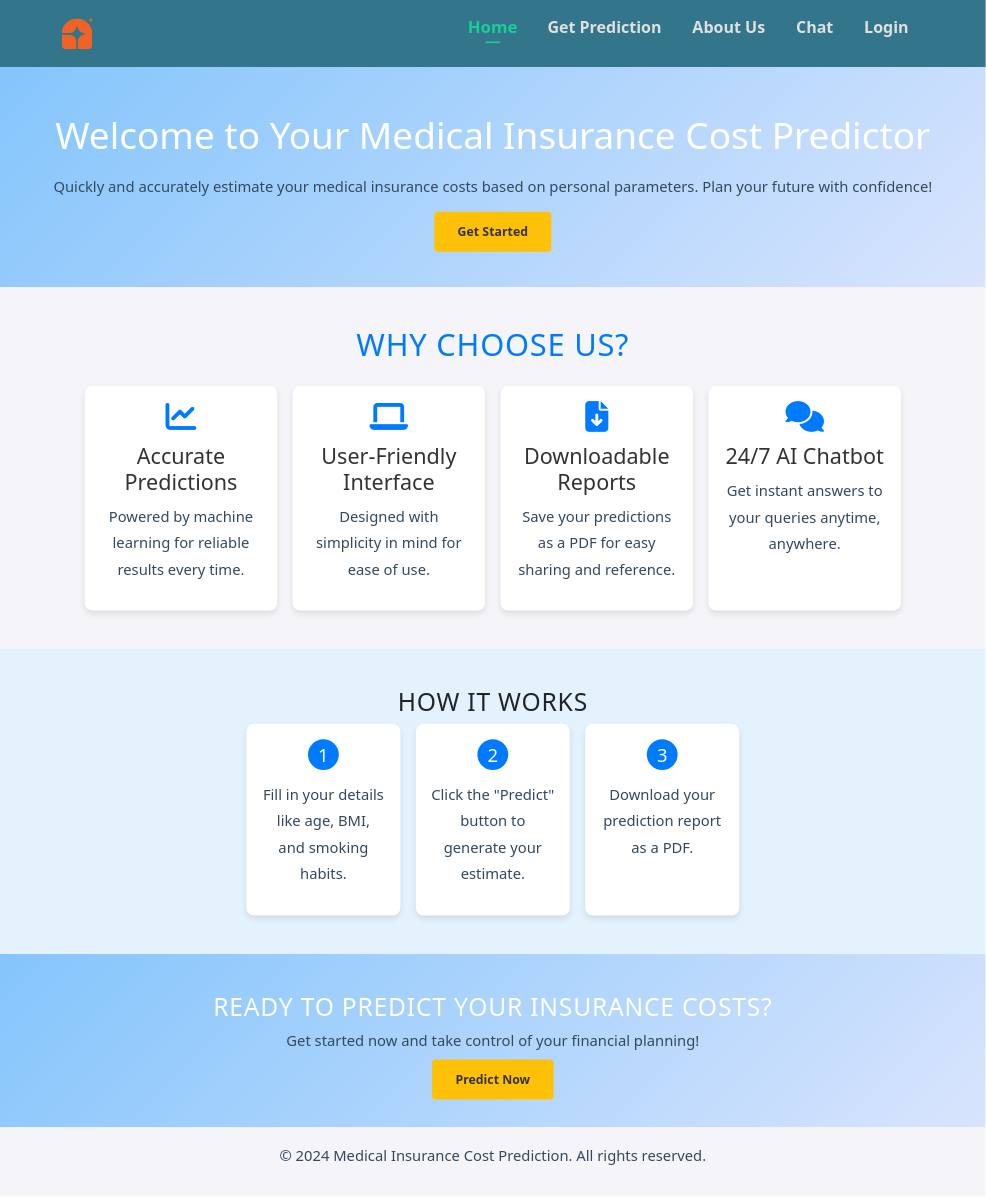
Repository: aabhashbasnet/MedicalInsuranceCostPredictionSystem
Page: / (app in frontend/)
These files come from the project's save history. The page is drawn as it stood at one moment and after the next save; the edit follows.
The browser window is 1280 px wide. The pictures show the whole page, at 77% of full size.
The project was rebuilt for these pictures with package versions that can differ from the ones it lists, and the page was loaded fresh each time. Also part of the build but not shown: frontend/src/pages/GetPrediction.css, frontend/src/pages/GetPrediction.js, frontend/src/pages/AboutUs.js, frontend/src/pages/Login.js, frontend/src/pages/Signup.js, frontend/src/pages/DetailsPage.css, frontend/src/pages/DetailsPage.js.

Above is the page before, as saved 2025-01-22 19:42:56.

### frontend/public/index.html
<!DOCTYPE html>
<html lang="en">
  <head>
    <meta charset="utf-8" />
    <link rel="icon" href="%PUBLIC_URL%/favicon.ico" />
    <meta name="viewport" content="width=device-width, initial-scale=1" />
    <meta name="theme-color" content="#000000" />
    <meta
      name="description"
      content="Web site created using create-react-app"
    />
    <link rel="apple-touch-icon" href="%PUBLIC_URL%/logo192.png" />
    <!--
      manifest.json provides metadata used when your web app is installed on a
      user's mobile device or desktop. See https://developers.google.com/web/fundamentals/web-app-manifest/
    -->
    <link rel="manifest" href="%PUBLIC_URL%/manifest.json" />
    <!--
      Notice the use of %PUBLIC_URL% in the tags above.
      It will be replaced with the URL of the `public` folder during the build.
      Only files inside the `public` folder can be referenced from the HTML.

      Unlike "/favicon.ico" or "favicon.ico", "%PUBLIC_URL%/favicon.ico" will
      work correctly both with client-side routing and a non-root public URL.
      Learn how to configure a non-root public URL by running `npm run build`.
    -->
    <title>React App</title>
    <link
      rel="stylesheet"
      href="https://cdnjs.cloudflare.com/ajax/libs/font-awesome/6.7.1/css/all.min.css"
      integrity="sha512-5Hs3dF2AEPkpNAR7UiOHba+lRSJNeM2ECkwxUIxC1Q/FLycGTbNapWXB4tP889k5T5Ju8fs4b1P5z/iB4nMfSQ=="
      crossorigin="anonymous"
      referrerpolicy="no-referrer"
    />
  </head>
  <body>
    <noscript>You need to enable JavaScript to run this app.</noscript>
    <div id="root"></div>
    <!--
      This HTML file is a template.
      If you open it directly in the browser, you will see an empty page.

      You can add webfonts, meta tags, or analytics to this file.
      The build step will place the bundled scripts into the <body> tag.

      To begin the development, run `npm start` or `yarn start`.
      To create a production bundle, use `npm run build` or `yarn build`.
    -->
  </body>
</html>

### frontend/src/index.css
*{
  margin: 0;
  padding: 0;
  box-sizing: border-box;
}
body {
  font-family: -apple-system, BlinkMacSystemFont, 'Segoe UI', 'Roboto', 'Oxygen',
    'Ubuntu', 'Cantarell', 'Fira Sans', 'Droid Sans', 'Helvetica Neue',
    sans-serif;
  -webkit-font-smoothing: antialiased;
  -moz-osx-font-smoothing: grayscale;
}

code {
  font-family: source-code-pro, Menlo, Monaco, Consolas, 'Courier New',
    monospace;
}

### frontend/src/App.js
import React from "react";
import { BrowserRouter as Router, Route, Routes } from "react-router-dom";
import Navbar from "./components/Navbar";
import Home from "./pages/Home";
import GetPrediction from "./pages/GetPrediction";
import AboutUs from "./pages/AboutUs";
import Login from "./pages/Login";
import Signup from "./pages/Signup";
import DetailsPage from "./pages/DetailsPage"; // Import the details page component


function App() {
  return (
    <Router>
      <Navbar />
      <Routes>
        <Route path="/" element={<Home />} />
        <Route path="/get-prediction" element={<GetPrediction />} />
        <Route path="/about-us" element={<AboutUs />} />
        <Route path="/login" element={<Login />} />
        <Route path="/signup" element={<Signup />} />

        <Route path="/details" element={<DetailsPage />} /> {/* Route for the details page */}
      </Routes>
    </Router>
  );
}

export default App;

### frontend/src/components/Navbar.js
import { Component } from "react";
import { NavLink } from "react-router-dom";  // Ensure NavLink is imported correctly
import logo from './logo.svg';
import './NavbarStyles.css';

class Navbar extends Component {
    state = { clicked: false };

    handleClick = () => {
        this.setState({ clicked: !this.state.clicked });
    };

    render() {
        return (
            <>
                <nav>
                    {/* Use NavLink for the logo */}
                    <NavLink to="/" exact>
                        <img src={logo} alt="Logo" />
                    </NavLink>

                    <div>
                        <ul id="navbar" className={this.state.clicked ? "#navbar active" : "#navbar"}>
                            <li>
                                <NavLink
                                    exact
                                    to="/"
                                    activeClassName="active"
                                    className="nav-link"
                                >
                                    Home
                                </NavLink>
                            </li>
                            <li>
                                <NavLink
                                    to="/get-prediction"
                                    activeClassName="active"
                                    className="nav-link"
                                >
                                    Get Prediction
                                </NavLink>
                            </li>
                            <li>
                                <NavLink
                                    to="/about-us"
                                    activeClassName="active"
                                    className="nav-link"
                                >
                                    About Us
                                </NavLink>
                            </li>
                            <li>
                                <NavLink
                                    to="/chat-with-us"
                                    activeClassName="active"
                                    className="nav-link"
                                >
                                    Chat
                                </NavLink>
                            </li>
                            <li>
                                <NavLink
                                    to="/login"
                                    activeClassName="active"
                                    className="nav-link"
                                >
                                    Login
                                </NavLink>
                            </li>
                        </ul>
                    </div>

                    <div id="mobile" onClick={this.handleClick}>
                        <i id="bar" className={this.state.clicked ? 'fas fa-times' : 'fas fa-bars'}></i>
                    </div>
                </nav>
            </>
        );
    }
}

export default Navbar;

### frontend/src/pages/Home.js
import React from "react";
import "./Home.css"; // Ensure this file is created and styled

function Home() {
    return (
        <div className="home-container">
            {/* Hero Section */}
            <section className="hero-section">
                <div className="hero-content">
                    <h1>Welcome to Your Medical Insurance Cost Predictor</h1>
                    <p>
                        Quickly and accurately estimate your medical insurance costs
                        based on personal parameters. Plan your future with confidence!
                    </p>
                    <a href="/get-prediction" className="btn-primary">
                        Get Started
                    </a>
                </div>
            </section>

            {/* Features Section */}
            <section className="features-section">
                <h2>Why Choose Us?</h2>
                <div className="features-container">
                    <div className="feature-card">
                        <i className="fas fa-chart-line feature-icon"></i>
                        <h3>Accurate Predictions</h3>
                        <p>Powered by machine learning for reliable results every time.</p>
                    </div>
                    <div className="feature-card">
                        <i className="fas fa-laptop feature-icon"></i>
                        <h3>User-Friendly Interface</h3>
                        <p>Designed with simplicity in mind for ease of use.</p>
                    </div>
                    <div className="feature-card">
                        <i className="fas fa-file-download feature-icon"></i>
                        <h3>Downloadable Reports</h3>
                        <p>Save your predictions as a PDF for easy sharing and reference.</p>
                    </div>
                    <div className="feature-card">
                        <i className="fas fa-comments feature-icon"></i>
                        <h3>24/7 AI Chatbot</h3>
                        <p>Get instant answers to your queries anytime, anywhere.</p>
                    </div>
                </div>
            </section>

            {/* Steps Section */}
            <section className="steps-section">
                <h2>How It Works</h2>
                <div className="steps-container">
                    <div className="step">
                        <span className="step-number">1</span>
                        <p>Fill in your details like age, BMI, and smoking habits.</p>
                    </div>
                    <div className="step">
                        <span className="step-number">2</span>
                        <p>Click the "Predict" button to generate your estimate.</p>
                    </div>
                    <div className="step">
                        <span className="step-number">3</span>
                        <p>Download your prediction report as a PDF.</p>
                    </div>
                </div>
            </section>

            {/* Call-to-Action */}
            <section className="cta-section">
                <h2>Ready to Predict Your Insurance Costs?</h2>
                <p>Get started now and take control of your financial planning!</p>
                <a href="/get-prediction" className="btn-primary">
                    Predict Now
                </a>
            </section>

            {/* Footer */}
            <footer className="home-footer">
                <p>&copy; 2024 Medical Insurance Cost Prediction. All rights reserved.</p>
            </footer>
        </div>
    );
}

export default Home;

### frontend/src/components/NavbarStyles.css
nav {
    display: flex;
    align-items: center;
    justify-content: space-between;
    background-color: #33758a; /* Soft blackish tone */
    padding: 20px 80px;
    box-shadow: 0px 5px 15px rgba(0, 0, 0, 0.1); /* Subtle shadow */
}

#navbar {
    display: flex;
    align-items: center;
    justify-content: center;
}

#navbar li {
    list-style: none;
    padding: 0 20px;
    position: relative;
}

#navbar li a {
    text-decoration: none;
    font-size: 1.3rem;
    font-weight: 600;
    color: #e0e0e0; /* Light gray text */
    transition: color 0.3s ease-in-out, transform 0.2s ease-in-out;
}

#navbar li a:hover,
#navbar li a.active {
    color: #17cf97; /* Vibrant green */
    transform: scale(1.05); /* Slight zoom on hover */
}

#navbar li a:hover::after,
#navbar li a.active::after {
    content: "";
    width: 30%;
    height: 2px;
    background-color: #17cf97; /* Vibrant green */
    position: absolute;
    bottom: -4px;
    left: 35%; /* Centered underline */
    transition: width 0.3s ease-in-out;
}

#mobile i {
    color: #e0e0e0; /* Light gray */
}

#mobile {
    display: none;
}

/* Responsive Navigation */
@media screen and (max-width: 769px) {
    #navbar {
        display: flex;
        flex-direction: column;
        align-items: flex-start;
        justify-content: flex-start;
        position: fixed;
        top: 84px;
        right: -300px;
        width: 300px;
        height: 100vh;
        background-color: #3a3a3a; /* Darker gray */
        box-shadow: 0 40px 60px rgba(0, 0, 0, 0.1); /* Subtle shadow */
        padding: 40px 10px 0 20px;
        transition: right 0.3s ease-in-out;
    }

    #navbar.active {
        right: 0px;
    }

    #navbar li {
        margin-bottom: 25px;
    }

    #mobile i {
        font-size: 24px;
        cursor: pointer;
    }

    #mobile {
        display: block;
    }
}

### frontend/src/pages/Home.css
/* HomeStyles.css */
body {
    margin: 0;
    font-family: 'Arial', sans-serif;
    color: #333;
}

.home-container {
    width: 100%;
    margin: 0 auto;
    overflow: hidden;
}

/* Hero Section */
.hero-section {
    background: linear-gradient(135deg, #84c5fc, #d9e4fd);
    color: white;
    padding: 60px 20px;
    text-align: center;
}

.hero-section h1 {
    font-size: 3rem;
    margin-bottom: 20px;
}

.hero-section p {
    font-size: 1.2rem;
    margin-bottom: 30px;
}

.btn-primary {
    background-color: #ffc107;
    color: #333;
    padding: 15px 30px;
    border-radius: 5px;
    text-decoration: none;
    font-weight: bold;
    transition: background-color 0.3s;
}

.btn-primary:hover {
    background-color: #ff9800;
}

/* Features Section */
.features-section {
    background-color: #f4f4f9;
    padding: 50px 20px;
    text-align: center;
}

.features-section h2 {
    margin-bottom: 30px;
    font-size: 2.5rem;
    color: #007bff;
}

.features-container {
    display: flex;
    flex-wrap: wrap;
    gap: 20px;
    justify-content: center;
}

.feature-card {
    background: white;
    border-radius: 10px;
    box-shadow: 0 4px 8px rgba(0, 0, 0, 0.1);
    padding: 20px;
    width: 250px;
    text-align: center;
}

.feature-icon {
    font-size: 2.5rem;
    color: #007bff;
    margin-bottom: 15px;
}

.feature-card h3 {
    margin-bottom: 10px;
    color: #333;
}

/* Steps Section */
.steps-section {
    padding: 50px 20px;
    text-align: center;
    background: #e3f2fd;
}

.steps-container {
    display: flex;
    justify-content: center;
    gap: 20px;
}

.step {
    background: white;
    border-radius: 10px;
    box-shadow: 0 4px 8px rgba(0, 0, 0, 0.1);
    padding: 20px;
    width: 200px;
}

.step-number {
    display: inline-block;
    width: 40px;
    height: 40px;
    line-height: 40px;
    background: #007bff;
    color: white;
    font-size: 1.5rem;
    border-radius: 50%;
    margin-bottom: 15px;
}

/* Call-to-Action */
.cta-section {
    background: linear-gradient(135deg, #84c5fc, #d9e4fd); /* Light blue gradient */
    color: white;
    text-align: center;
    padding: 50px 20px;
}

.cta-section p {
    margin-bottom: 20px;
}

.cta-section .btn-primary {
    background-color: #ffc107;
    color: #333;
}

/* Footer */
.home-footer {
    text-align: center;
    padding: 20px;
    background: #f4f4f9;
    color: #666;
    font-size: 0.9rem;
}

### frontend/src/pages/AboutUs.css
.about-us-container {
    padding: 60px 20px;
    background: linear-gradient(135deg, #f9f9f9, #e4efff); /* Light gradient background */
    display: flex;
    flex-direction: column;
    align-items: center;
    box-shadow: 0 5px 15px rgba(0, 0, 0, 0.1);
    border-radius: 15px;
}

.about-header {
    text-align: center;
    margin-bottom: 50px;
}

.about-header h1 {
    font-size: 3rem;
    font-weight: bold;
    color: #2c3e50;
    text-transform: uppercase;
    letter-spacing: 2px;
    margin-bottom: 20px;
}

.about-header p {
    font-size: 1.3rem;
    color: #7f8c8d;
    line-height: 1.8;
    max-width: 800px;
    margin: 0 auto;
}

.about-content {
    width: 80%;
    max-width: 1200px;
    margin: 0 auto;
}

.about-section,
.team-section,
.contact-section {
    margin-bottom: 50px;
}

h2 {
    font-size: 2.5rem;
    color: #2980b9; /* Accent blue */
    margin-bottom: 20px;
    text-transform: uppercase;
    font-weight: 600;
    letter-spacing: 1px;
}

p {
    font-size: 1.2rem;
    color: #34495e;
    line-height: 1.8;
    margin-bottom: 30px;
}

.team-members {
    display: flex;
    justify-content: space-between;
    gap: 30px;
    flex-wrap: wrap;
}

.team-member {
    width: 30%;
    text-align: center;
    padding: 30px;
    background: #ffffff;
    border-radius: 15px;
    box-shadow: 0 10px 20px rgba(0, 0, 0, 0.1);
    transition: transform 0.3s ease, box-shadow 0.3s ease;
}

.team-member:hover {
    transform: translateY(-10px);
    box-shadow: 0 20px 30px rgba(0, 0, 0, 0.15);
}

.team-member img {
    width: 180px;
    height: 180px;
    border-radius: 50%;
    object-fit: cover;
    margin-bottom: 20px;
    border: 5px solid #2980b9; /* Accent border */
    transition: transform 0.3s ease;
}

.team-member img:hover {
    transform: scale(1.1);
}

.team-member h3 {
    font-size: 1.5rem;
    color: #2c3e50;
    font-weight: 600;
    margin-bottom: 10px;
}

.team-member p {
    font-size: 1.1rem;
    color: #7f8c8d;
}

.contact-section {
    background-color: #f1f1f1;
    padding: 40px;
    border-radius: 15px;
    box-shadow: 0 5px 10px rgba(0, 0, 0, 0.1);
}

.contact-section h3 {
    font-size: 2rem;
    color: #2980b9;
    margin-bottom: 20px;
}

.contact-section ul {
    list-style-type: none;
    padding: 0;
}

.contact-section li {
    font-size: 1.2rem;
    color: #34495e;
    margin-bottom: 15px;
}

@media (max-width: 768px) {
    .team-member {
        width: 100%;
        margin-bottom: 20px;
    }

    .about-header h1 {
        font-size: 2.5rem;
    }

    .about-content {
        width: 100%;
        padding: 0 20px;
    }

    .contact-section {
        padding: 30px;
    }
}

Loaded but not shown: frontend/src/index.js (common file); frontend/src/reportWebVitals.js (common file)

After the next save:
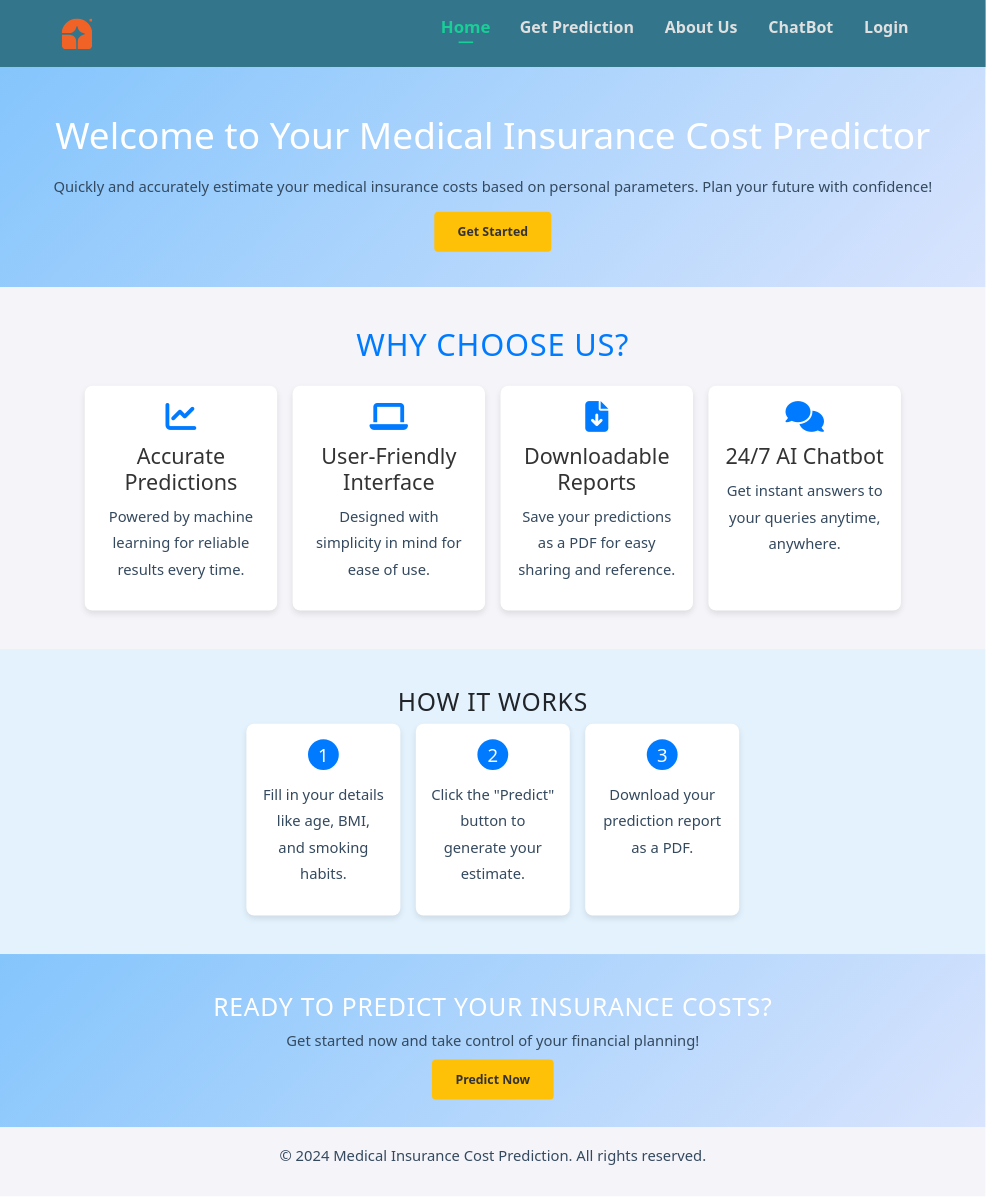
Saved 5 s later.
--- a/frontend/src/components/Navbar.js
+++ b/frontend/src/components/Navbar.js
@@ -55,7 +55,7 @@ class Navbar extends Component {
                                     activeClassName="active"
                                     className="nav-link"
                                 >
-                                    Chat
+                                    ChatBot
                                 </NavLink>
                             </li>
                             <li>
